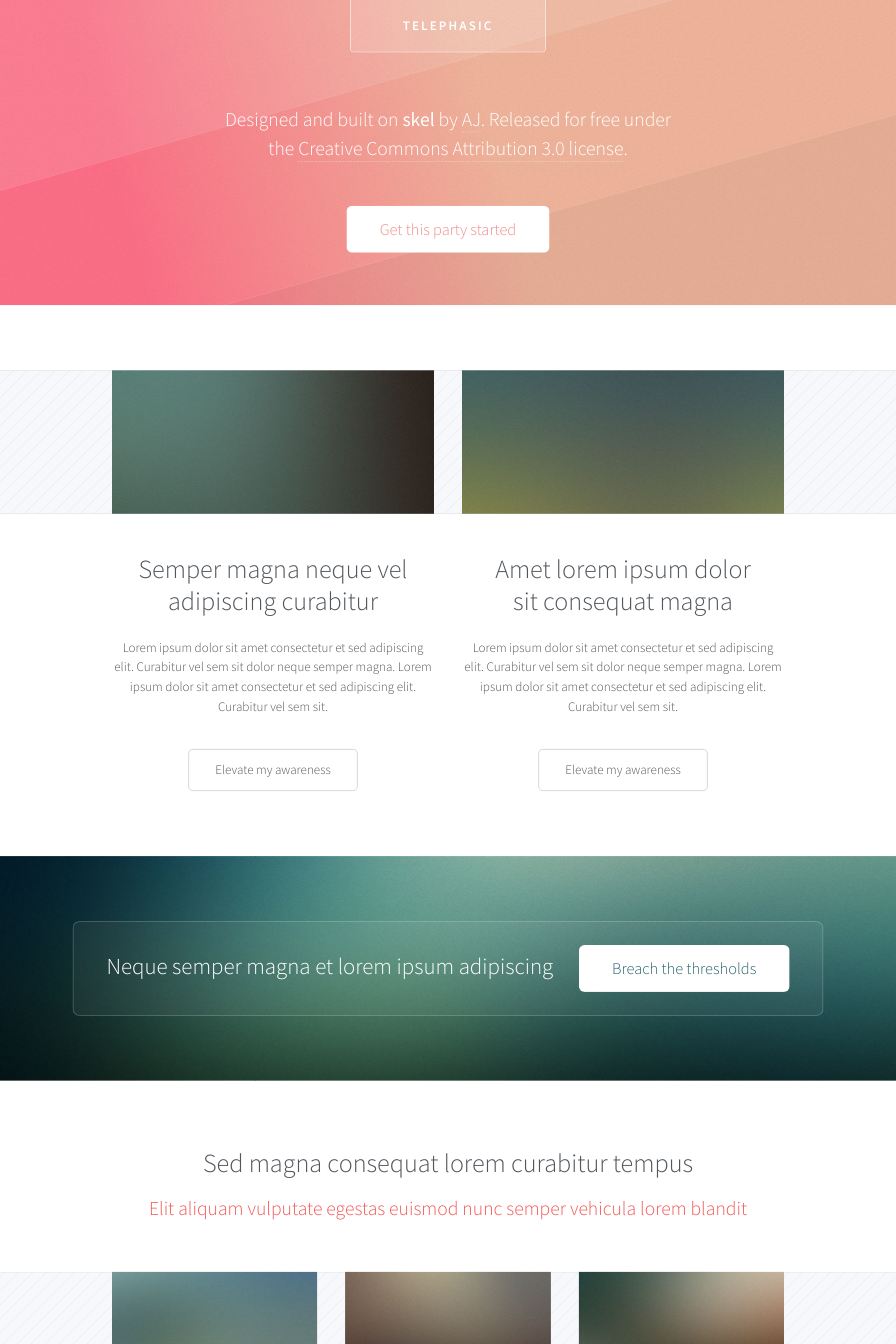
Repository: FranCodeCafe/francodecafe.github.io
Page: index.html
These files come from the project's save history. The page is drawn as it stood at one moment and after the next save; the edit follows.
The browser window is 1280 px wide. The pictures show the part of the page from y = 0 to 1920 px (the page is 3323 px tall before and 3195 px after), at 70% of full size.

Above is the page before, as saved 2020-01-22 14:08:38.

### index.html
<!DOCTYPE HTML>
<!--
	Telephasic by HTML5 UP
	html5up.net | @n33co
	Free for personal and commercial use under the CCA 3.0 license (html5up.net/license)
-->
<html>
	<head>
		<title>Telephasic by HTML5 UP</title>
		<meta http-equiv="content-type" content="text/html; charset=utf-8" />
		<meta name="description" content="" />
		<meta name="keywords" content="" />
		<!--[if lte IE 8]><script src="css/ie/html5shiv.js"></script><![endif]-->
		<script src="js/jquery.min.js"></script>
		<script src="js/jquery.dropotron.min.js"></script>
		<script src="js/skel.min.js"></script>
		<script src="js/skel-layers.min.js"></script>
		<script src="js/init.js"></script>
		<noscript>
			<link rel="stylesheet" href="css/skel.css" />
			<link rel="stylesheet" href="css/style.css" />
		</noscript>
		<!--[if lte IE 8]><link rel="stylesheet" href="css/ie/v8.css" /><![endif]-->
	</head>
	<body class="homepage">

		<!-- Header -->
			<div id="header-wrapper">
				<div id="header" class="container">

					<!-- Logo -->
						<h1 id="logo"><a href="index.html">Telephasic</a></h1>

					<!-- Nav -->
						<!-- <nav id="nav">
							<ul>
								<li>
									<a href="">Dropdown</a>
									<ul>
										<li><a href="#">Lorem ipsum dolor</a></li>
										<li><a href="#">Magna phasellus</a></li>
										<li><a href="#">Etiam dolore nisl</a></li>
										<li>
											<a href="">Phasellus consequat</a>
											<ul>
												<li><a href="#">Lorem ipsum dolor</a></li>
												<li><a href="#">Phasellus consequat</a></li>
												<li><a href="#">Magna phasellus</a></li>
												<li><a href="#">Etiam dolore nisl</a></li>
											</ul>
										</li>
										<li><a href="#">Veroeros feugiat</a></li>
									</ul>
								</li>
								<li><a href="left-sidebar.html">Left Sidebar</a></li>
								<li class="break"><a href="right-sidebar.html">Right Sidebar</a></li>
								<li><a href="no-sidebar.html">No Sidebar</a></li>
							</ul>
						</nav> -->

				</div>

				<!-- Hero -->
					<section id="hero" class="container">
						<!-- <header>
							<h2>Telephasic is a responsive
							<br />
							site template by <a href="http://html5up.net">HTML5 UP</a></h2>
						</header> -->
						<p>Designed and built on <strong>skel</strong> by <a href="http://n33.co">AJ</a>. Released for free under
						<br />
						the <a href="http://html5up.net/license">Creative Commons Attribution 3.0 license</a>.</p>
						<ul class="actions">
							<li><a href="#" class="button">Get this party started</a></li>
						</ul>
					</section>

			</div>

		<!-- Features 1 -->
			<div class="wrapper">
				<div class="container">
					<div class="row">
						<section class="6u 12u(narrower) feature">
							<div class="image-wrapper first">
								<a href="#" class="image featured first"><img src="images/pic01.jpg" alt="" /></a>
							</div>
							<header>
								<h2>Semper magna neque vel<br />
								adipiscing curabitur</h2>
							</header>
							<p>Lorem ipsum dolor sit amet consectetur et sed adipiscing elit. Curabitur vel
							sem sit dolor neque semper magna. Lorem ipsum dolor sit amet consectetur et sed
							adipiscing elit. Curabitur vel sem sit.</p>
							<ul class="actions">
								<li><a href="#" class="button">Elevate my awareness</a></li>
							</ul>
						</section>
						<section class="6u 12u(narrower) feature">
							<div class="image-wrapper">
								<a href="#" class="image featured"><img src="images/pic02.jpg" alt="" /></a>
							</div>
							<header>
								<h2>Amet lorem ipsum dolor<br />
								sit consequat magna</h2>
							</header>
							<p>Lorem ipsum dolor sit amet consectetur et sed adipiscing elit. Curabitur vel
							sem sit dolor neque semper magna. Lorem ipsum dolor sit amet consectetur et sed
							adipiscing elit. Curabitur vel sem sit.</p>
							<ul class="actions">
								<li><a href="#" class="button">Elevate my awareness</a></li>
							</ul>
						</section>
					</div>
				</div>
			</div>

		<!-- Promo -->
			<div id="promo-wrapper">
				<section id="promo">
					<h2>Neque semper magna et lorem ipsum adipiscing</h2>
					<a href="#" class="button">Breach the thresholds</a>
				</section>
			</div>

		<!-- Features 2 -->
			<div class="wrapper">
				<section class="container">
					<header class="major">
						<h2>Sed magna consequat lorem curabitur tempus</h2>
						<p>Elit aliquam vulputate egestas euismod nunc semper vehicula lorem blandit</p>
					</header>
					<div class="row features">
						<section class="4u 12u(narrower) feature">
							<div class="image-wrapper first">
								<a href="#" class="image featured"><img src="images/pic03.jpg" alt="" /></a>
							</div>
							<p>Lorem ipsum dolor sit amet consectetur et sed adipiscing elit. Curabitur
							vel sem sit dolor neque semper magna lorem ipsum.</p>
						</section>
						<section class="4u 12u(narrower) feature">
							<div class="image-wrapper">
								<a href="#" class="image featured"><img src="images/pic04.jpg" alt="" /></a>
							</div>
							<p>Lorem ipsum dolor sit amet consectetur et sed adipiscing elit. Curabitur
							vel sem sit dolor neque semper magna lorem ipsum.</p>
						</section>
						<section class="4u 12u(narrower) feature">
							<div class="image-wrapper">
								<a href="#" class="image featured"><img src="images/pic05.jpg" alt="" /></a>
							</div>
							<p>Lorem ipsum dolor sit amet consectetur et sed adipiscing elit. Curabitur
							vel sem sit dolor neque semper magna lorem ipsum.</p>
						</section>
					</div>
					<ul class="actions major">
						<li><a href="#" class="button">Elevate my awareness</a></li>
					</ul>
				</section>
			</div>

		<!-- Footer -->
			<div id="footer-wrapper">
				<div id="footer" class="container">
					<header class="major">
						<h2>Euismod aliquam vehicula lorem</h2>
						<p>Lorem ipsum dolor sit amet consectetur et sed adipiscing elit. Curabitur vel sem sit<br />
						dolor neque semper magna lorem ipsum feugiat veroeros lorem ipsum dolore.</p>
					</header>
					<div class="row">
						<section class="6u 12u(narrower)">
							<form method="post" action="#">
								<div class="row 50%">
									<div class="6u 12u(mobile)">
										<input name="name" placeholder="Name" type="text" />
									</div>
									<div class="6u 12u(mobile)">
										<input name="email" placeholder="Email" type="text" />
									</div>
								</div>
								<div class="row 50%">
									<div class="12u">
										<textarea name="message" placeholder="Message"></textarea>
									</div>
								</div>
								<div class="row 50%">
									<div class="12u">
										<ul class="actions">
											<li><input type="submit" value="Send Message" /></li>
											<li><input type="reset" value="Clear form" /></li>
										</ul>
									</div>
								</div>
							</form>
						</section>
						<section class="6u 12u(narrower)">
							<div class="row 0%">
								<ul class="divided icons 6u 12u(mobile)">
									<li class="icon fa-twitter"><a href="#"><span class="extra">twitter.com/</span>untitled</a></li>
									<li class="icon fa-facebook"><a href="#"><span class="extra">facebook.com/</span>untitled</a></li>
									<li class="icon fa-dribbble"><a href="#"><span class="extra">dribbble.com/</span>untitled</a></li>
								</ul>
								<ul class="divided icons 6u 12u(mobile)">
									<li class="icon fa-instagram"><a href="#"><span class="extra">instagram.com/</span>untitled</a></li>
									<li class="icon fa-youtube"><a href="#"><span class="extra">youtube.com/</span>untitled</a></li>
									<li class="icon fa-pinterest"><a href="#"><span class="extra">pinterest.com/</span>untitled</a></li>
								</ul>
							</div>
						</section>
					</div>
				</div>
				<div id="copyright" class="container">
					<ul class="menu">
						<li>&copy; Untitled. All rights reserved.</li><li>Design: <a href="http://html5up.net">HTML5 UP</a></li>
					</ul>
				</div>
			</div>

	</body>
</html>

### css/style-normal.css
/*
	Telephasic by HTML5 UP
	html5up.net | @n33co
	Free for personal and commercial use under the CCA 3.0 license (html5up.net/license)
*/

/*********************************************************************************/
/* Basic                                                                         */
/*********************************************************************************/

	body,input,textarea,select
	{
		line-height: 1.5em;
		font-size: 14pt;
	}

	span.extra
	{
		display: none;
	}

/*********************************************************************************/
/* Wrappers                                                                      */
/*********************************************************************************/

	.wrapper
	{
		padding: 5em 0 5em 0;
	}

	#header-wrapper
	{
		padding: 2em 0 em 0;
	}

		.homepage #header-wrapper
		{
			padding: 8em 0 4em 0;
		}

	#promo-wrapper
	{
		padding: 5em 0 5em 0;
	}

	#footer-wrapper
	{
		padding: 5em 0 5em 0;
	}

Loaded but not shown: js/jquery.min.js (library); js/jquery.dropotron.min.js (library); js/skel.min.js (library); js/skel-layers.min.js (library); css/font-awesome.min.css (library); js/init.js (92 lines, source omitted); css/style.css (938 lines, source omitted)

After the next save:
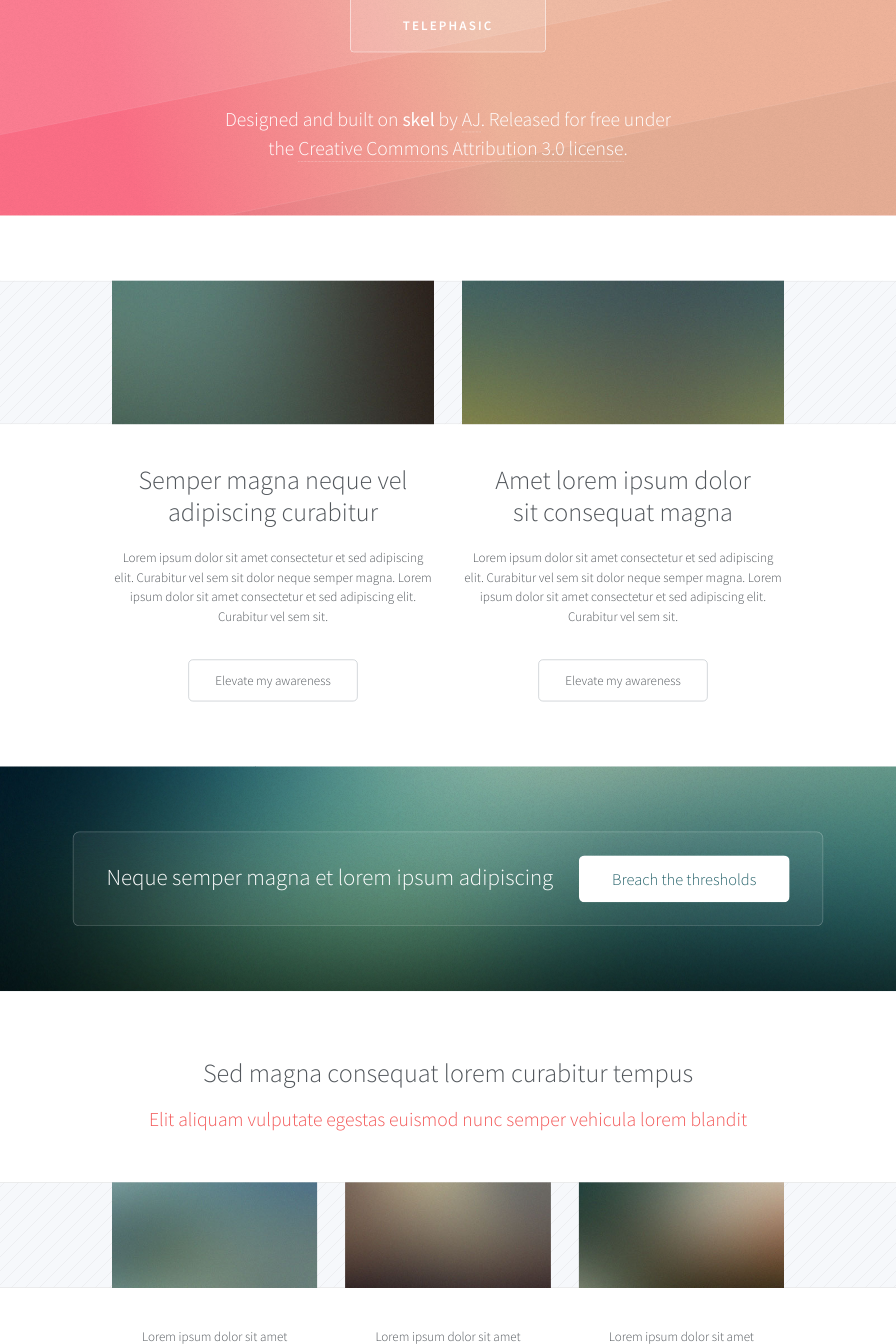
Saved 16 s later.
--- a/index.html
+++ b/index.html
@@ -70,9 +70,9 @@
 						<p>Designed and built on <strong>skel</strong> by <a href="http://n33.co">AJ</a>. Released for free under
 						<br />
 						the <a href="http://html5up.net/license">Creative Commons Attribution 3.0 license</a>.</p>
-						<ul class="actions">
+						<!-- <ul class="actions">
 							<li><a href="#" class="button">Get this party started</a></li>
-						</ul>
+						</ul> -->
 					</section>
 
 			</div>
